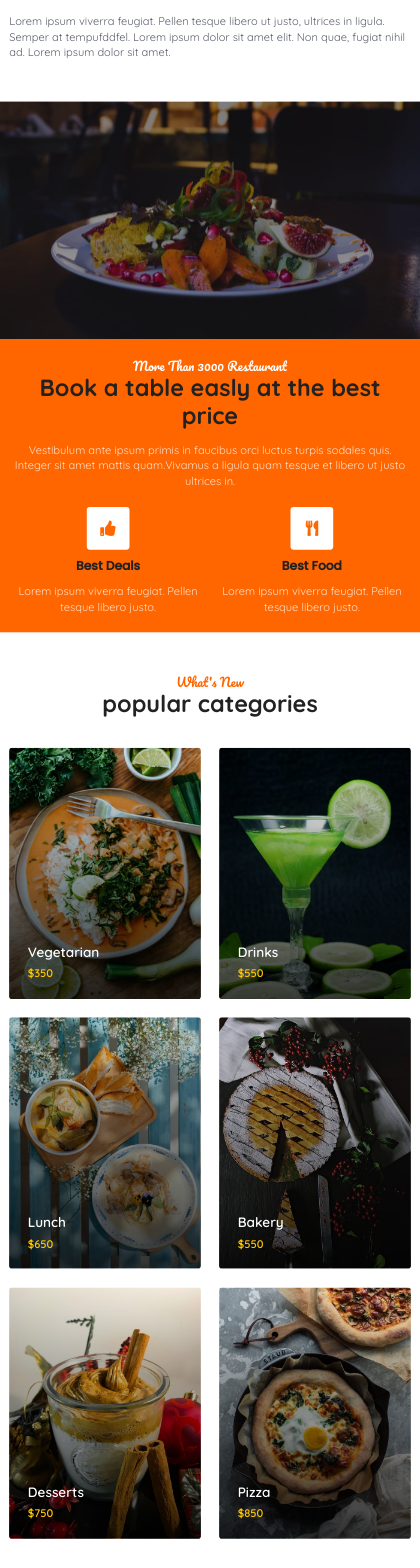
Repository: baobaodeveloper/bootscap21_project_AnhBao_VietToan_VietDuc
Page: index.html
An editor plug-in stored every save of this project. The page is shown before and after the next save, followed by the edit.
The browser window is 600 px wide. The pictures show the part of the page from y = 746 to 2986 px (the page is 2986 px tall before and 2977 px after), at 70% of full size.
Backgrounds fixed to the window are drawn as part of the page.

Above is the page before, as saved 2022-03-03 10:58:53.

After the next save:
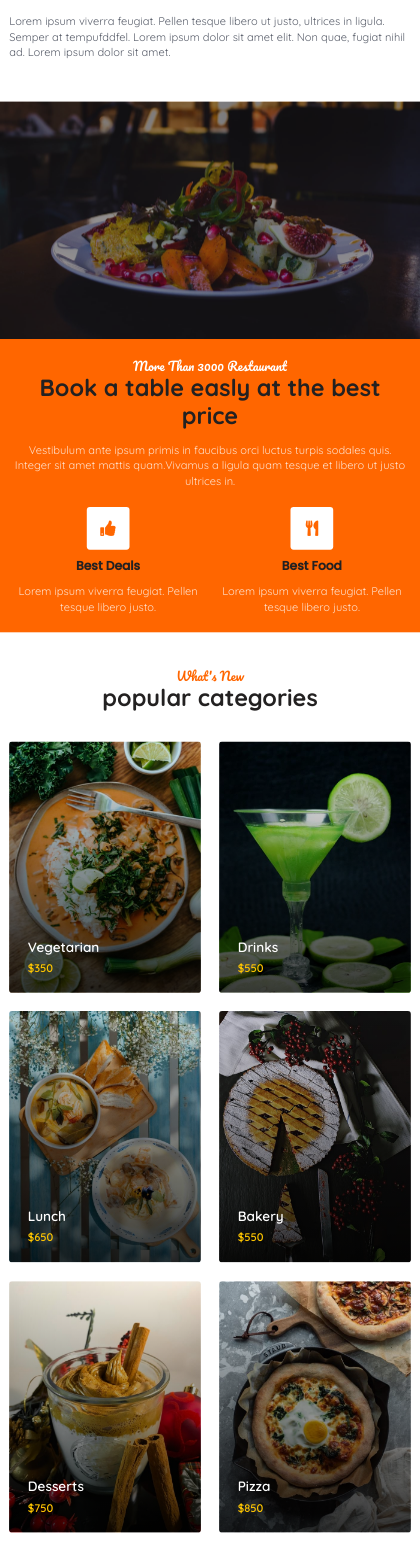
Saved 22 s later.
--- a/style.css
+++ b/style.css
@@ -501,6 +501,6 @@ body {
   }
 
   .categories.pad-med {
-    padding-top: 2rem;
-  }
-}
+    padding-top: 1rem;
+  }
+}
